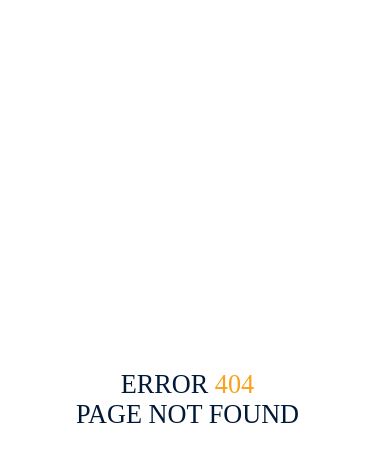
Repository: PatrykGrzegorek/PageNotFound_Akai
Page: notfound.html
These files come from the project's save history. The page is drawn as it stood at one moment and after the next save; the edit follows.
The browser window is 375 px wide. The pictures show the whole page.

Above is the page before, as saved 2019-11-30 10:27:35.

After the next save:
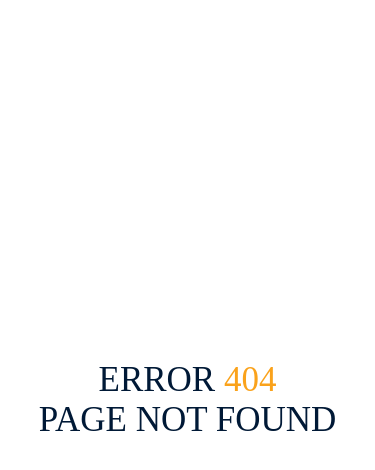
Saved 30 s later.
--- a/notfound.css
+++ b/notfound.css
@@ -31,6 +31,6 @@
     }
 
     #main{
-        font-size: 7vw;
+        font-size: 35px;
     }
   }
